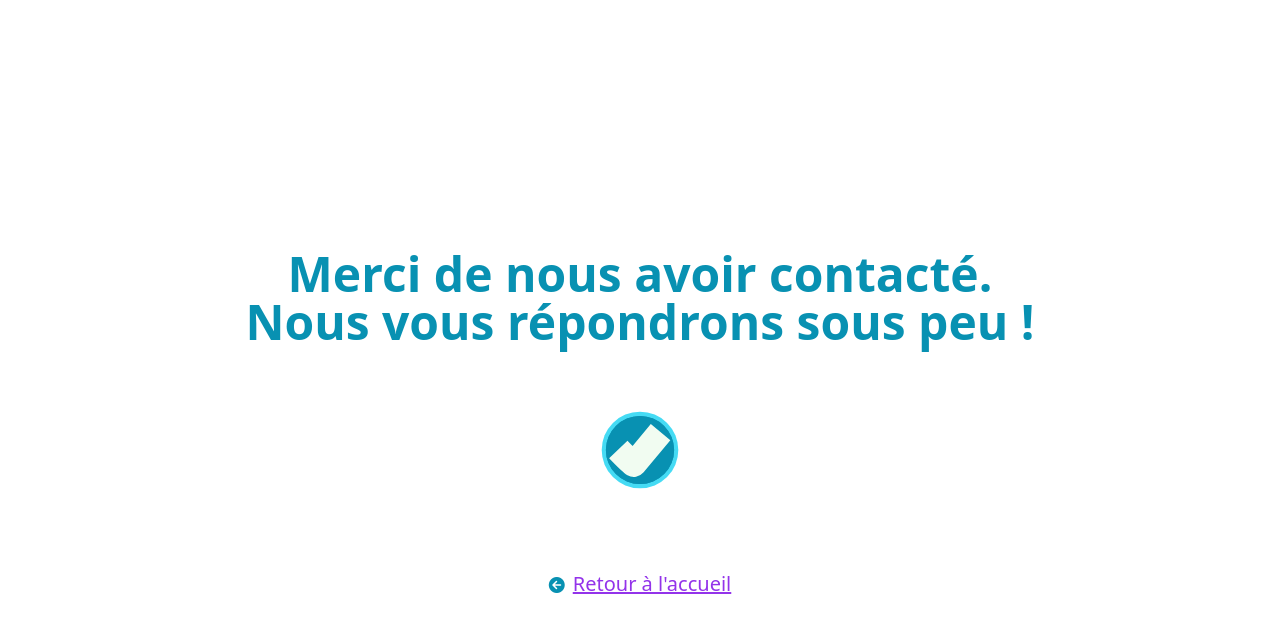
Repository: CarmenFerlatte/TP3__FerlatteCarmen
Page: confirmation.html
An editor plug-in stored every save of this project. The page is shown before and after the next save, followed by the edit.
The browser window is 1280 px wide. The pictures show the whole page.
Some web libraries are served in a nearby version. The style sheet was rebuilt from its Sass, Less or Tailwind sources for each picture, by a compiler version that may differ from the author's.

Above is the page before, as saved 2024-08-29 13:12:17.

After the next save:
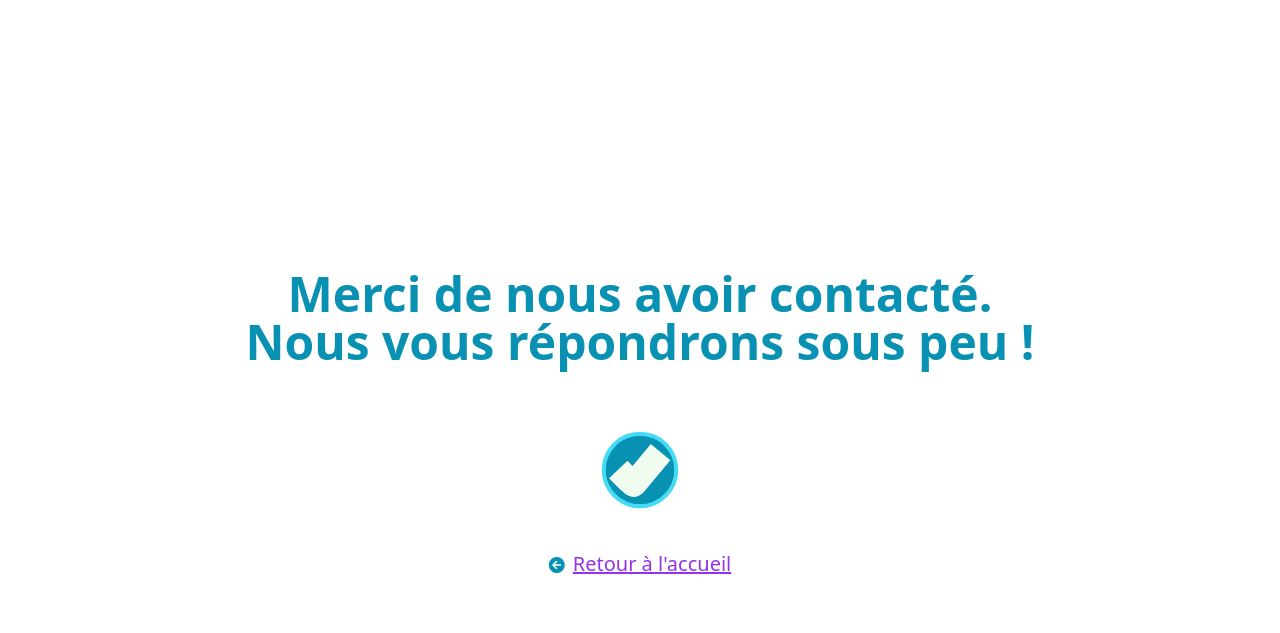
Saved 4 s later.
--- a/confirmation.html
+++ b/confirmation.html
@@ -25,7 +25,7 @@
                 <div class="col-12 text-center">
                     <h1 class="text-center text-3xl lg:text-4xl xl:text-5xl font-bold pt-32 pb-4 md:pb-16 text-cyan-600">Merci de nous avoir contacté.<br> Nous vous répondrons sous peu !</h1>
                     <div class="flex justify-center">
-                        <img class="w-20 mb-20 fill-current text-cyan-600" src="img/icons/confirmation.svg" alt="Illustration de confirmation">
+                        <img class="w-20 mb-10 fill-current text-cyan-600" src="img/icons/confirmation.svg" alt="Illustration de confirmation">
                     </div>
                     <i class="fa fa-arrow-circle-left pr-2 style-cyan" aria-hidden="true"></i><a class="cursor-pointer text-xl text-purple-600 underline hover:no-underline hover:text-pink-500" href="index.html" title="Retour à la page d'accueil">Retour à l'accueil</a>
                 </div>
